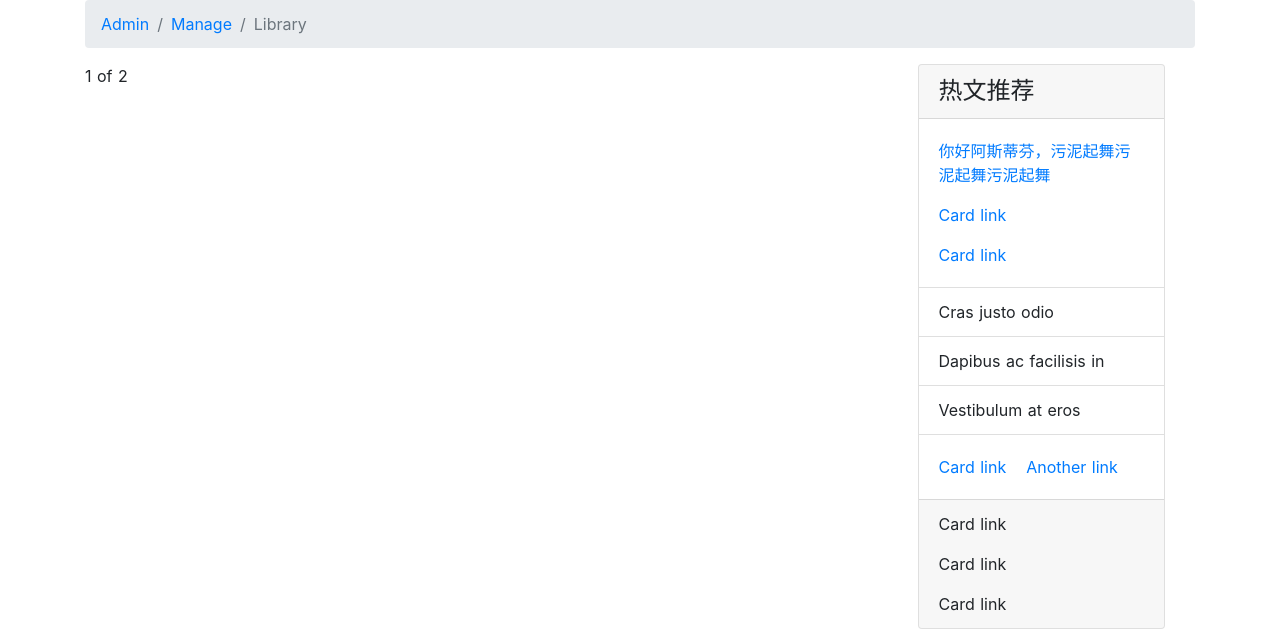
Repository: MTTTM/nuxt-xiaomatata
Page: /
The author's editor kept a copy of each file at every save. The page is drawn from the files as they stood at one save, then again after the next save.
The browser window is 1280 px wide. The pictures show the part of the page from y = 600 to 1229 px (the page is 1229 px tall before and 888 px after).
The project was rebuilt for these pictures with package versions that can differ from the ones it lists, and the page was loaded fresh each time. The framework's server and built-in components were replaced by stand-ins that run in the browser. Also part of the build but not shown: nuxt.config.js, components/Logo.vue, components/aboutMe.vue, components/articleListItem.vue, components/bloggerRanking.vue, components/carouselBox.vue, components/classifyList.vue, components/commentBox.vue and 7 more. Imported but missing from the stored project, and not drawn on this page: components/cmSpinner, mixins/scrollLoad.

Above is the page before, as saved 2021-04-10 12:00:39.

After the next save:
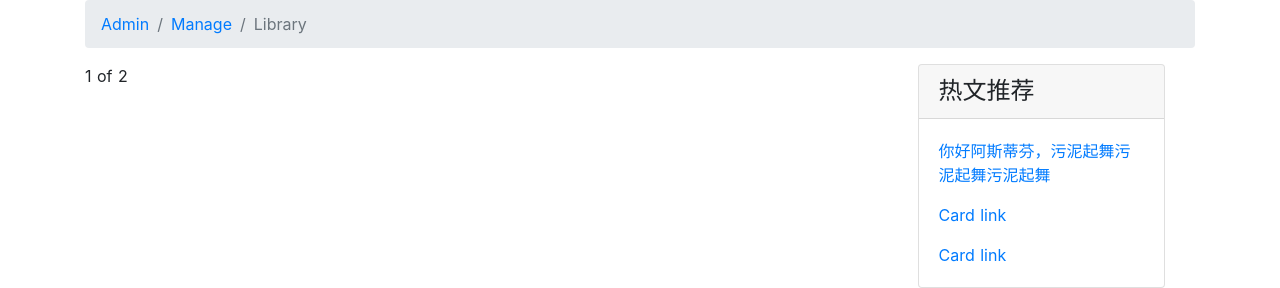
Saved 64 s later.
--- a/pages/index.vue
+++ b/pages/index.vue
@@ -79,29 +79,6 @@
                 <a href="#" class="card-link">Card link</a>
               </b-card-text>
             </b-card-body>
-
-            <b-list-group flush>
-              <b-list-group-item>Cras justo odio</b-list-group-item>
-              <b-list-group-item>Dapibus ac facilisis in</b-list-group-item>
-              <b-list-group-item>Vestibulum at eros</b-list-group-item>
-            </b-list-group>
-
-            <b-card-body>
-              <a href="#" class="card-link">Card link</a>
-              <a href="#" class="card-link">Another link</a>
-            </b-card-body>
-
-            <b-card-footer>
-              <b-card-text>
-                <span class="card-link">Card link</span>
-              </b-card-text>
-              <b-card-text>
-                <span class="card-link">Card link</span>
-              </b-card-text>
-              <b-card-text>
-                <span class="card-link">Card link</span>
-              </b-card-text>
-            </b-card-footer>
           </b-card>
         </b-col>
       </b-row>
